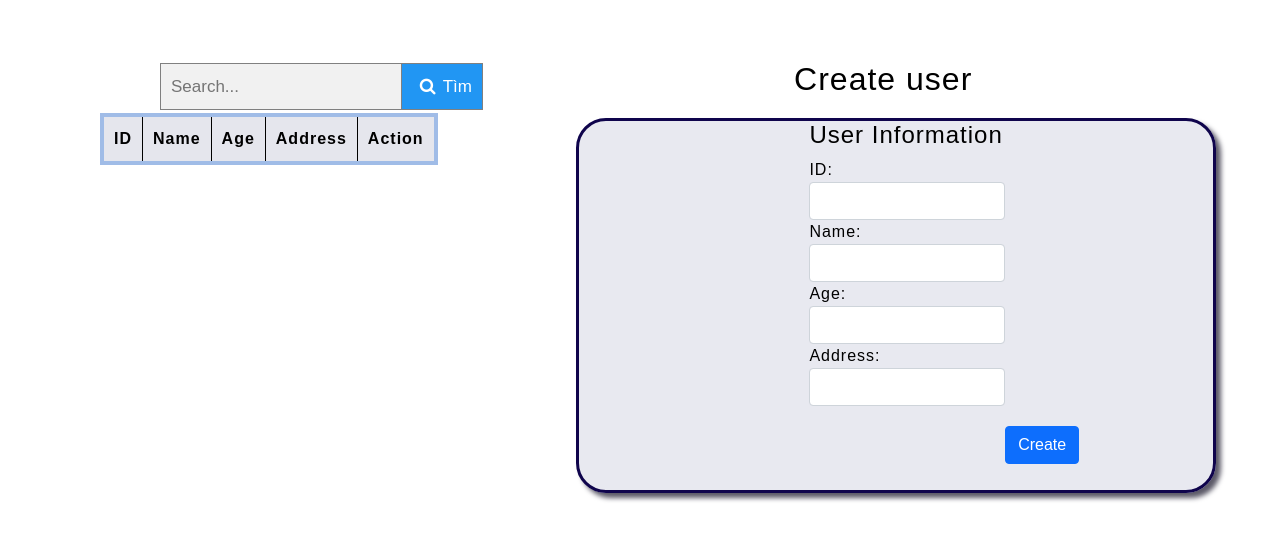
Repository: minhtuan16/JS-Basic
Page: CRUD-Department/create.html
These files come from the project's save history. The page is drawn as it stood at one moment and after the next save; the edit follows.
The browser window is 1280 px wide. The pictures show the whole page.

Above is the page before, as saved 2022-06-09 00:51:51.

### CRUD-Department/create.html
<!DOCTYPE html>
<html lang="en">
<head>
    <meta charset="UTF-8">
    <meta http-equiv="X-UA-Compatible" content="IE=edge">
    <meta name="viewport" content="width=device-width, initial-scale=1.0">
    <link rel="stylesheet" href="https://cdnjs.cloudflare.com/ajax/libs/font-awesome/4.7.0/css/font-awesome.min.css">
    <link href="https://cdn.jsdelivr.net/npm/bootstrap@5.1.3/dist/css/bootstrap.min.css" rel="stylesheet" integrity="sha384-1BmE4kWBq78iYhFldvKuhfTAU6auU8tT94WrHftjDbrCEXSU1oBoqyl2QvZ6jIW3" crossorigin="anonymous">
    <link rel="stylesheet" href="styles/style.css">
    <link rel="stylesheet" href="styles/search.css">
    <title>User</title>
</head>
<body>

    <h2>Create user</h2>
    <!--create a form with the following fiels,email, password, first name, last name, age, address, phone, payment, color-->


    <form id="registerForm" class="container">
        <h4>User Information</h4>
        <div class="control">
            <label>ID:</label>
            <input class="form-control" id="id" type="text" value="" />
        </div>

        <div class="control">
            <label>Name:</label>
            <input class="form-control" id="name" type="text" value="" />
        </div>
        <div class="control">
            <label>Age:</label>
            <input class="form-control" id="age" type="text" value="" />
        </div>
        <div class="control">
            <label>Address:</label>
            <input class="form-control" id="address" type="text" value="" />
        </div>

        <button type="button" class="btn btn-primary" id="btnSave" onclick="create()">Create</button>

        <button type="button" class="btn btn-primary" id="btnUpdate" onclick="update()" style="display: none;">Save</button>
    </form>

    <div class="search-container">
        <form >
            <input type="text" placeholder="Search..." id="search" value="">
            <button type="button" onclick="search()" ><i class="fa fa-search" style="width: 30px;"></i>Tìm</button>
        </form>
    </div>

    <table border="1px">

        <tr>
            <td>ID</td>
            <td>Name</td>
            <td>Age</td>
            <td>Address</td>
            <td>Action</td>
        </tr>

        <tbody id="tableBody">

        </tbody>
    </table>
    <script src="scripts/create.js"></script>
</body>
</html>

### CRUD-Department/styles/style.css
/* Global */
.control{
    width: 50%;
}
.error{
    border: 2px solid red;
}
html{
    font-family: Verdana, Geneva, Tahoma, sans-serif;
    letter-spacing: 1px;
}
h2{
    text-align: center;
}
body{
    /* background-color: #141E61; */
    color: #000000;
}
/* Nav */
a {
    display: inline-block;
    text-decoration: none;
    color: black;
    padding: 5px;
    background-color: #9498a3;
    vertical-align: middle;
    -webkit-transform: perspective(1px) translateZ(0);
    transform: perspective(1px) translateZ(0);
    box-shadow: 0 0 1px rgba(0, 0, 0, 0);
    position: relative;
}

a:before {
    content: '';
    position: absolute;
    border: #e1e1e1 solid 4px;
    top: 0;
    right: 0;
    bottom: 0;
    left: 0;
    -webkit-transition-duration: 0.3s;
    transition-duration: 0.3s;
    -webkit-transition-property: top, right, bottom, left;
    transition-property: top, right, bottom, left;
}

a:hover:before,
a:focus:before,
.a:active:before {
    top: -8px;
    right: -8px;
    bottom: -8px;
    left: -8px;
}

/* Index */
#sign-in {
    border: #0F044C solid 3px;
    background-color: #1225ee34;
    box-shadow: 5px 5px 5px #0F044C;
    padding-left: 20%;
    padding-bottom: 20%;
    width: 20rem;
    margin-left: 20%;
    border-radius: 30px;
}

/* Register */
.nav-btn {
    margin-left: 20px;
    margin-top: 20px
}

h2 {
    margin-left: 38%;
    margin-top: 60px;
}

#registerForm {
    border: #0F044C solid 3px;
    background-color: #8f92b434;
    box-shadow: 5px 5px 5px #5c5a68;
    padding-left: 18%;
    padding-bottom: 2%;
    width: 50%;
    margin-left: 45%;
    border-radius: 30px;
    margin-top: 20px;
}

#btnSave {
    margin-left: 50%;
    margin-top: 20px;
}

#btnShow {
    margin-left: -80%;
    margin-top: 20px;
}

#btnUpdate {
    margin-left: 50%;
    margin-top: 20px;
}

/* Users */
table {
    border: #a0bce7 4px solid;
    background-color: #8184a734;
    /* margin-top: 50px;
    margin-left: 500px; */
    margin-top: -380px;
    margin-left: 100px;
}

/* h1 {
    margin-top: -450px;
} */
table form input {
    margin-left: 100px;
}

table td {
    border: #000000 1px solid;
    text-align: center;
    font-weight: 900;
    padding: 10px;
}

td {
    font-weight: 100;
    border: #e1e1e1 solid 1px;
    padding: 5px;
}

### CRUD-Department/styles/search.css
* {box-sizing: border-box;}

body {
  margin: 0;
  font-family: Arial, Helvetica, sans-serif;
}

.search-container {
    float: left;
}
.search-container input[type=text] {
    padding: 10px;
    font-size: 17px;
    border: 1px solid grey;
    float: left;
    width: 75%;
    background: #f1f1f1;
}

.search-container button {
    float: left;
    width: 25%;
    padding: 10px;
    background: #2196F3;
    color: white;
    font-size: 17px;
    border: 1px solid grey;
    border-left: none;
    cursor: pointer;
}

.topnav .search-container button:hover {
  background: #ccc;
}

@media screen and (max-width: 600px) {
  .topnav .search-container {
    float: none;
  }
  .topnav a, .topnav input[type=text], .topnav .search-container button {
    float: none;
    display: block;
    text-align: left;
    width: 100%;
    margin: 0;
    padding: 14px;
  }
  .topnav input[type=text] {
    border: 1px solid #ccc;
  }
}

.search-container {
    margin-left: 160px;
    margin-top: -430px;
}

### CRUD-Department/scripts/create.js

var data = [
    {id: 1, name: "xyz1", age: 18, address: "hn"},
    {id: 2, name: "xyz2", age: 20, address: "hn"},
    {id: 3, name: "xyz3", age: 21, address: "hn"}
]

function drawTable(person) {
    var table = document.createElement("table");
    var tr = document.createElement("tr");
    var tdid = document.createElement("td");
    var tdName = document.createElement("td");
    var tdAge = document.createElement("td");
    var tdAddress = document.createElement("td");
    var tdOption = document.createElement("td");

    var editBtn = document.createElement("button");
    var deleteBtn = document.createElement("button");

    editBtn.innerText = 'Edit';
    deleteBtn.innerText = 'Delete';

    tdOption.appendChild(editBtn);
    tdOption.appendChild(deleteBtn);

    //bat su kien edit
    editBtn.onclick = function() {
        editPerson(person.id);
    }

    //bat su kien edit
    deleteBtn.onclick = function() {
        deletePerson(person.id);
    }

    tdid.innerHTML = person.id;
    tdName.innerHTML = person.name;
    tdAge.innerHTML = person.age;
    tdAddress.innerHTML = person.address;

    tr.appendChild(tdid);
    tr.appendChild(tdName);
    tr.appendChild(tdAge);
    tr.appendChild(tdAddress);
    tr.appendChild(tdOption)

    var tableBody = document.getElementById("tableBody");
    tableBody.appendChild(tr);
}

function resetDrawTable(persons) {
    var tableBody = document.getElementById("tableBody");
    tableBody.innerHTML = "";

    for (var i = 0; i < persons.length; i++) {
        drawTable(persons[i]);
    }
}

// resetDrawTable(data)
function create() {

    var id = document.getElementById("id").value;
    var name = document.getElementById("name").value;
    var age = document.getElementById("age").value;
    var address = document.getElementById("address").value;

    if (id.length > 0 && name.length > 0 && age.length > 0 && address.length > 0) {
        var p = {id: id, name: name, age: age, address: address};

        data.push(p);

        resetDrawTable(data);

        alert('Create Success');

        document.getElementById("id").value = "";
        document.getElementById("name").value = "";
        document.getElementById("age").value = "";
        document.getElementById("address").value = "";

    } else {
        alert('Dien day du thong tin');
    }
}

function show() {
    var table = document.getElementById("table");
    table.style.display = 'block';
}

function editPerson(id) {
    var index = data.findIndex(x => x.id == id);
    let person = data[index];

    var idIp = document.getElementById("id");
    var nameIp = document.getElementById("name");
    var ageIp = document.getElementById("age");
    var addressIp = document.getElementById("address");

    idIp.value = person.id;
    nameIp.value = person.name;
    ageIp.value = person.age;
    addressIp.value = person.address;

    document.getElementById("btnUpdate").style.display = 'block';
    document.getElementById("btnSave").style.display = 'none';
}

function update() {
    var idIp = document.getElementById("id");
    var nameIp = document.getElementById("name");
    var ageIp = document.getElementById("age");
    var addressIp = document.getElementById("address");

    var id = idIp.value;
    var name = nameIp.value;
    var age = ageIp.value;
    var address = addressIp.value;

    var index = data.findIndex(x => x.id == id);

    if (id.length > 0 && name.length > 0 && age.length > 0 && address.length > 0) {
        data[index] = {id: id, name: name, age: age, address: address};

        resetDrawTable(data);
        alert('Update Success');

        idIp.value = "";
        nameIp.value = "";
        ageIp.value = "";
        addressIp.value = "";

    } else {
        alert('Dien day du thong tin');
    }

    document.getElementById("btnUpdate").style.display = 'none';
    document.getElementById("btnSave").style.display = 'block';
}

function deletePerson(id) {
    var newData = data.filter(x => x.id != id);

    data = newData;

    resetDrawTable(data);
}

function search() {
    var search = document.getElementById("search").value;
    console.log(search);
    var index = data.findIndex(x => x.name == search);

    data[index] = {id: id, name: name, age: age, address: address};

    resetDrawTable(data)
}

After the next save:
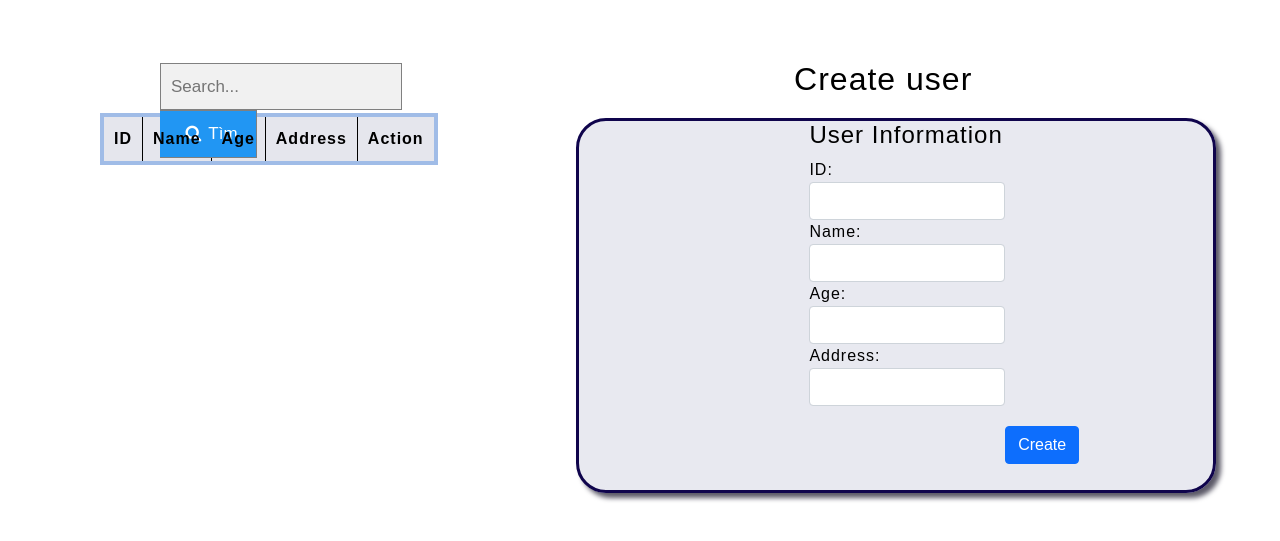
Saved 3 s later.
--- a/CRUD-Department/styles/search.css
+++ b/CRUD-Department/styles/search.css
@@ -19,7 +19,7 @@ body {
 
 .search-container button {
     float: left;
-    width: 25%;
+    width: 30%;
     padding: 10px;
     background: #2196F3;
     color: white;
